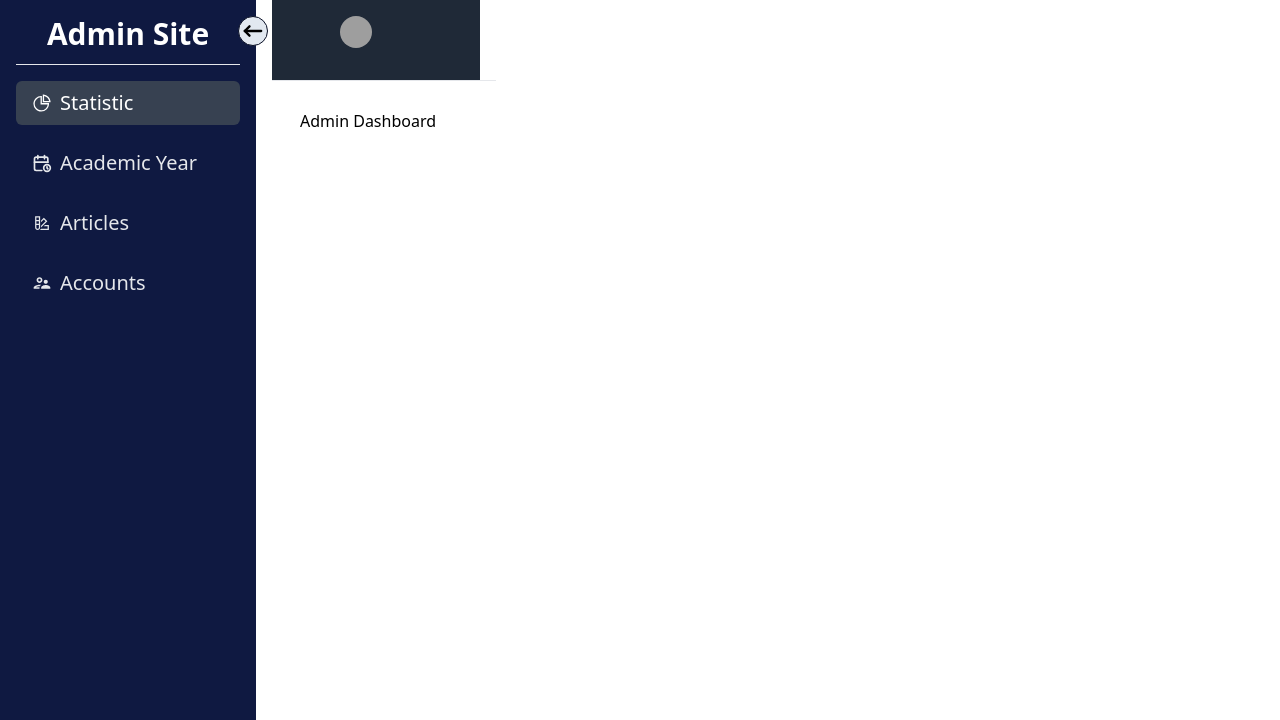
Repository: huynhvanngoan/COMP1640FE-Template
Page: /admin
These files come from the project's save history. The page is drawn as it stood at one moment and after a run of saves; the edit follows.
The browser window is 1280 px wide. The pictures show the whole page.
Pictures or frames that could not be fetched are drawn as grey boxes. The project was rebuilt for these pictures with package versions that can differ from the ones it lists, and the page was loaded fresh each time. Also part of the build but not shown: src/components/buttonStyles.js, src/pages/LoginPage.jsx, src/pages/student/StudentDashboard.jsx, src/pages/department/DepartmentDashboard.jsx, src/pages/marketing/MarketingDashboard.jsx, src/pages/guest/GuestDashboard.jsx.

Above is the page before, as saved 2024-03-24 07:43:06.

### src/index.js
import React from 'react';
import ReactDOM from 'react-dom/client';
import './index.css';
import App from './App';

const root = ReactDOM.createRoot(document.getElementById('root'));
root.render(
  <React.StrictMode>
      <App />
  </React.StrictMode>
)

### src/index.css
@import url('https://fonts.googleapis.com/css2?family=Inter:wght@100;200;300;400;500;600;700;800;900&display=swap');
@tailwind base;
@tailwind components;
@tailwind utilities;

### src/App.js
import React from 'react'
import { BrowserRouter as Router, Routes, Route, Navigate } from "react-router-dom";
import LoginPage from './pages/LoginPage';
import StudentDashboard from './pages/student/StudentDashboard';
import DepartmentDashboard from './pages/department/DepartmentDashboard';
import MarketingDashboard from './pages/marketing/MarketingDashboard';
import GuestDashboard from './pages/guest/GuestDashboard';
import Layout from './pages/admin/layout';
const App = () => {


  return (
    <Router>
        <Routes>
          <Route path="/login" element={<LoginPage/>} />

          <Route path="/admin" element={<Layout />}/>

          <Route path="/student-dashboard" element={<StudentDashboard />}/>

          <Route path="/guest-dashboard" element={<GuestDashboard />}/>

          <Route path="/department-dashboard" element={<DepartmentDashboard />}/>

          <Route path="/marketing-dashboard" element={<MarketingDashboard />}/>

          {/* <Route path='/marketing-homepage' element={<MarketingHomePage  />}/> */}

          <Route path='*' element={<Navigate to="/login" />} />

        </Routes>
    </Router>
  )
}

export default App

### src/pages/admin/layout.js
import React from 'react';
import Sidebar from './Sidebar';
import Header from './Header';
import AdminDashboard from './AdminDashboard';


export default function Layout() {
  return (
      <div className='flex'>
        <Sidebar />
        <div className='flex flex-col'>
          <Header />
          <AdminDashboard />
        </div>
      </div>
  );
}

### src/pages/admin/Sidebar.js
import React, { useState } from 'react';
import { Link } from 'react-router-dom';
import { AiOutlinePieChart } from "react-icons/ai";
import { TbCalendarTime } from "react-icons/tb";
import { LiaSwatchbookSolid } from "react-icons/lia";
import { MdOutlineSupervisorAccount } from "react-icons/md";
import { TbArrowNarrowLeft } from "react-icons/tb";
export const SidebarContent = [
  {
    icon: AiOutlinePieChart,
    heading: "Statistic"
  },
  {
    icon: TbCalendarTime,
    heading: "Academic Year"
  },
  {
    icon: LiaSwatchbookSolid,
    heading: "Articles"
  },
  {
    icon: MdOutlineSupervisorAccount,
    heading: "Accounts"
  }
]

export default function Sidebar() {
  const [selected, setSelected] = useState(0);
  const [colapse, setColapse] = useState(true);

  return (
    <div className={`left-0 top-0 h-screen bg-[#0f1941] p-4 ${colapse ? "w-64" : "w-20"} duration-300`}>
        <div className='flex flex-col'>
           <div className='relative flex h-10 justify-end'>
            {
              colapse ? (<h1 className='text-white text-3xl font-bold mx-auto '>Admin Site</h1>) : ''
            }
            <TbArrowNarrowLeft className={`text-3xl bg-slate-200 rounded-full cursor-pointer absolute -right-7 border border-[#080e24] hover:text-white ${!colapse && 'rotate-180'}`} onClick={() => setColapse(!colapse)} />
           </div>
          <ul className='my-2 border-t pt-4 w-full items-center'>
            {SidebarContent.map((item, index) => {
              return (
                <li className={selected === index  ? "mb-4 group active" : "mb-4" } key={index} onClick={() => setSelected(index)}>
                  <Link to="#" className={`flex w-full rounded-md items-center space-x-2 text-gray-200 hover:bg-[#080e24] hover:text-white group-[.active]:bg-gray-700 group-[.active]:text-white ${colapse ? 'text-xl px-4 py-2 ': 'text-3xl px-2 py-1'}`}>
                    { colapse ? (
                      <>
                        <item.icon />
                        <span>{item.heading}</span>
                      </>
                    ) : ( <item.icon />)
                    }
                  </Link>
                </li>
              )
            })}
          </ul>
        </div>
    </div>
  );
}

### src/pages/admin/Header.js
import { Disclosure, Menu, Transition } from '@headlessui/react';
import React from 'react';
import { Fragment } from 'react';
function classNames(...classes) {
  return classes.filter(Boolean).join(' ')
}

export default function Header() {
  return (
    <Disclosure as="nav" className="h-20 bg-gray-800 ml-4 right-0 w-7xl">
      {({ open }) => (
        <>
          <div className="mx-auto max-w-full px-2 sm:px-6 lg:px-8">
            <div className="relative flex h-16 items-center justify-between">
              <div className="absolute inset-y-0 right-0 flex items-center pr-2 sm:static sm:inset-auto sm:ml-6 sm:pr-0">
                <Menu as="div" className="relative ml-3">
                  <div>
                    <Menu.Button className="relative flex rounded-full bg-gray-800 text-sm focus:outline-none focus:ring-2 focus:ring-white focus:ring-offset-2 focus:ring-offset-gray-800">
                      <span className="absolute -inset-1.5" />
                      <span className="sr-only">Open user menu</span>
                      <img
                        className="h-8 w-8 rounded-full"
                        src="https://images.unsplash.com/photo-1472099645785-5658abf4ff4e?ixlib=rb-1.2.1&ixid=eyJhcHBfaWQiOjEyMDd9&auto=format&fit=facearea&facepad=2&w=256&h=256&q=80"
                        alt=""
                      />
                    </Menu.Button>
                  </div>
                  <Transition
                    as={Fragment}
                    enter="transition ease-out duration-100"
                    enterFrom="transform opacity-0 scale-95"
                    enterTo="transform opacity-100 scale-100"
                    leave="transition ease-in duration-75"
                    leaveFrom="transform opacity-100 scale-100"
                    leaveTo="transform opacity-0 scale-95"
                  >
                    <Menu.Items className="absolute right-0 z-10 mt-2 w-48 origin-top-right rounded-md bg-white py-1 shadow-lg ring-1 ring-black ring-opacity-5 focus:outline-none">
                      <Menu.Item>
                        {({ active }) => (
                          <a
                            href="#"
                            className={classNames(active ? 'bg-gray-100' : '', 'block px-4 py-2 text-sm text-gray-700')}
                          >
                            Your Profile
                          </a>
                        )}
                      </Menu.Item>
                      <Menu.Item>
                        {({ active }) => (
                          <a
                            href="#"
                            className={classNames(active ? 'bg-gray-100' : '', 'block px-4 py-2 text-sm text-gray-700')}
                          >
                            Settings
                          </a>
                        )}
                      </Menu.Item>
                      <Menu.Item>
                        {({ active }) => (
                          <a
                            href="#"
                            className={classNames(active ? 'bg-gray-100' : '', 'block px-4 py-2 text-sm text-gray-700')}
                          >
                            Sign out
                          </a>
                        )}
                      </Menu.Item>
                    </Menu.Items>
                  </Transition>
                </Menu>
              </div>
            </div>
          </div>
        </>
      )}
    </Disclosure>
  )
}

### src/pages/admin/AdminDashboard.js
import React from 'react'

const AdminDashboard = () => {
  return (
      <div className='p-7 mx-4 w-full border-t'>
        Admin Dashboard
      </div>
  )
}

export default AdminDashboard

### tailwind.config.js
/** @type {import('tailwindcss').Config} */
module.exports = {
  content: [
    "./src/**/*.{js,jsx,ts,tsx}",
  ],
  theme: {
    extend: {
      fontFamily: {
        "inter": ["Inter", "sans-serif"]
      }
    },
  },
  plugins: [],
}

Loaded but not shown: public/index.html (common file)

After the next 2 saves:
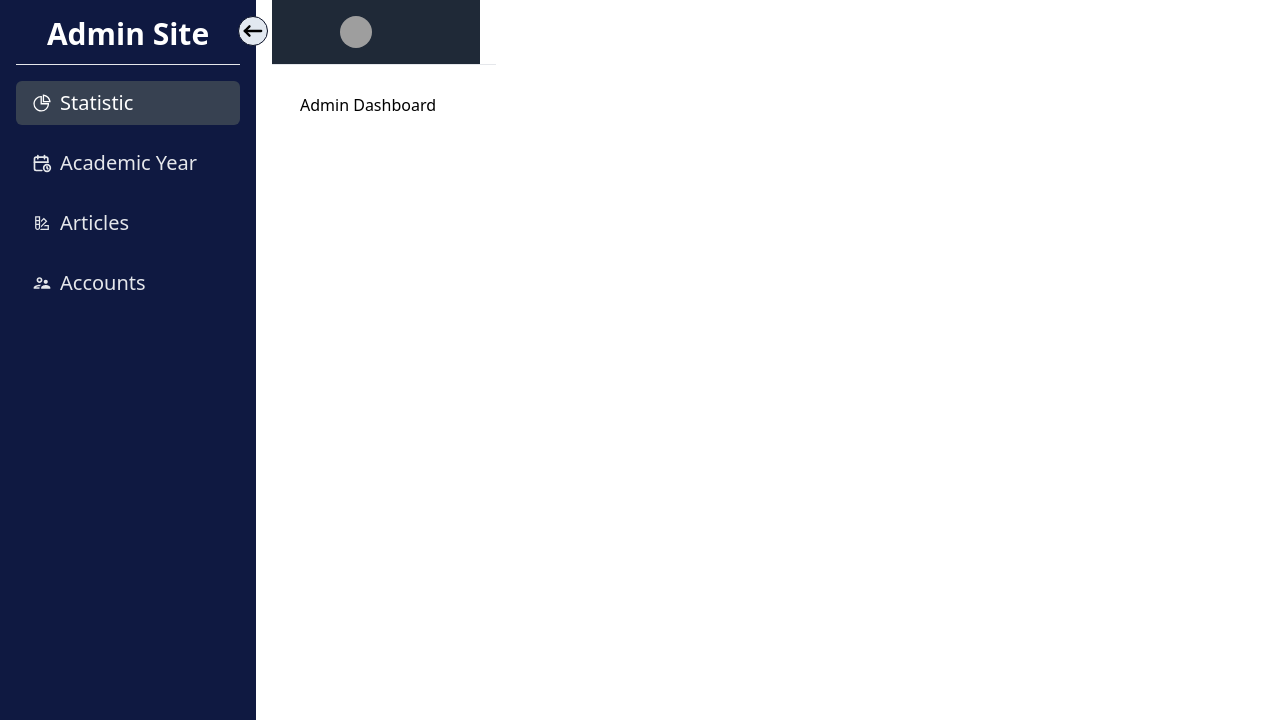
The 2 saves are shown as one change because 1 did not build or start.
The last was saved 16 s later.
--- a/src/pages/admin/Header.js
+++ b/src/pages/admin/Header.js
@@ -7,7 +7,7 @@ function classNames(...classes) {
 
 export default function Header() {
   return (
-    <Disclosure as="nav" className="h-20 bg-gray-800 ml-4 right-0 w-7xl">
+    <Disclosure as="nav" className="bg-gray-800 ml-4 right-0 w-7xl">
       {({ open }) => (
         <>
           <div className="mx-auto max-w-full px-2 sm:px-6 lg:px-8">
